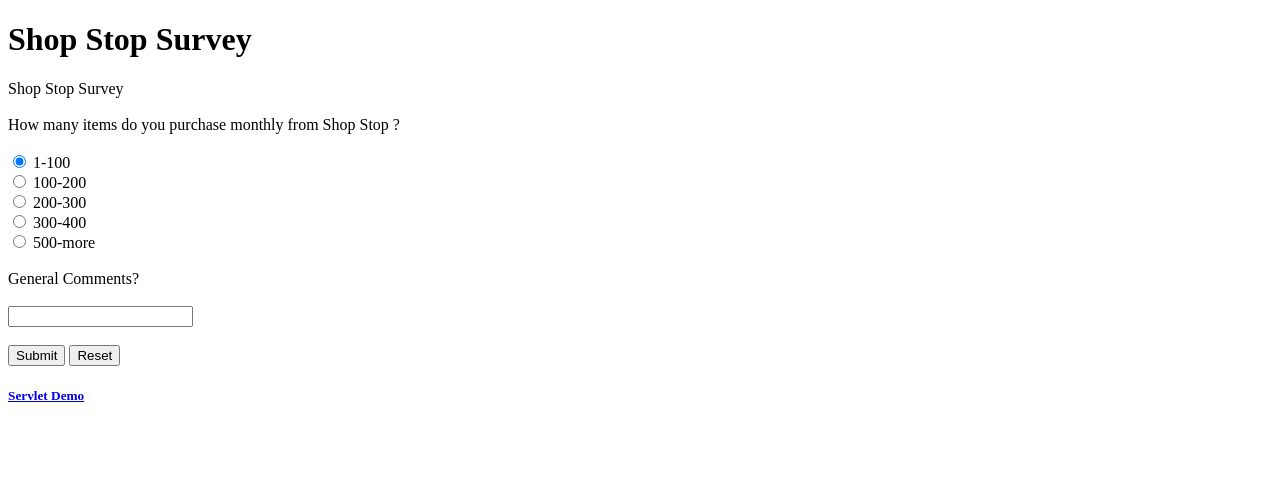
Repository: Sarvada12/Javascript
Page: eclipse/ShopStop/src/main/webapp/Survey.html
These files come from the project's save history. The page is drawn as it stood at one moment and after the next save; the edit follows.
The browser window is 1280 px wide. The pictures show the whole page.

Above is the page before, as saved 2021-11-30 06:48:35.

After the next save:
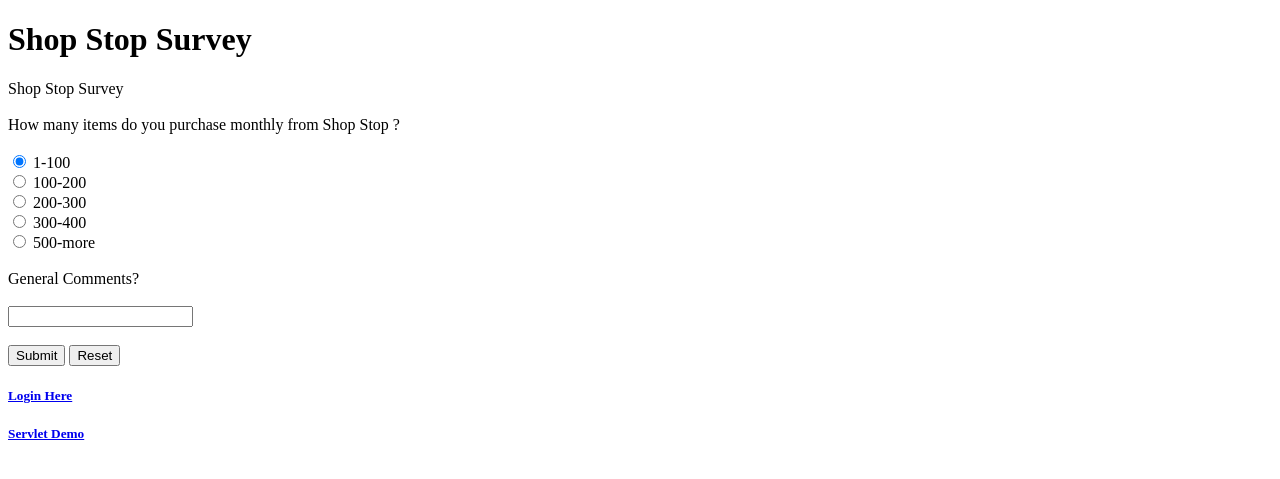
Saved 32 s later.
--- a/eclipse/ShopStop/src/main/webapp/Survey.html
+++ b/eclipse/ShopStop/src/main/webapp/Survey.html
@@ -37,7 +37,7 @@ General Comments?<BR>
 <input type=reset>
 </p>
 </form>
-<h5><a href="Login.html> Login Here</a></h5>
+<h5><a href="Login.html">Login Here</a></h5>
 
 <h5><a href="HelloWorld.java">Servlet Demo</a></h5>
 
